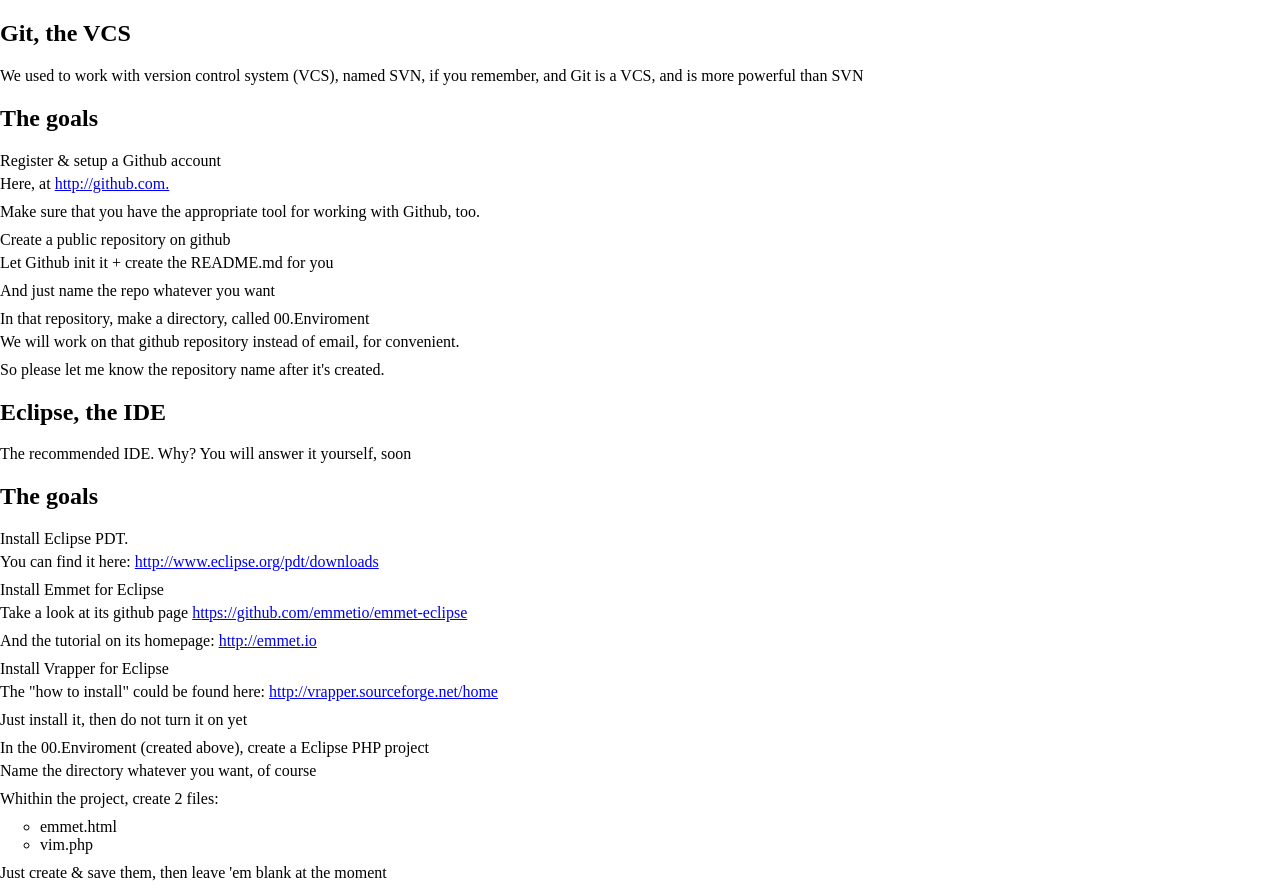
Repository: mrdo2010vn/00.enviroment
Page: 00.TestingEnviroment/emmet.html
The author's editor kept a copy of each file at every save. The page is drawn from the files as they stood at one save, then again after the next save.
The browser window is 1280 px wide. The pictures show the whole page.

Above is the page before, as saved 2013-09-25 08:40:50.

### 00.TestingEnviroment/emmet.html
<!DOCTYPE html PUBLIC "-//W3C//DTD HTML 4.01 Transitional//EN" "http://www.w3.org/TR/html4/loose.dtd">
<html>
<head>
<meta http-equiv="Content-Type" content="text/html; charset=UTF-8">
<link rel="stylesheet" href="css/style.css" />
<title>00.Enviroment</title>
</head>
<body>
	<div class="part">
		<div class="title">
			<h2><span class="underscore">Git</span>, the VCS</h2>
			<p>We used to work with version control system (VCS), named SVN, if you remember, and Git is a VCS, and is more powerful than SVN</p>
		</div><!-- END .title -->
		<div class="content">
			<h2>The goals</h2>
			<ol>
				<li><span class="italic">Register & setup a Github account</span>
					<blockquote>
						<p>Here, at <a href="http://github.com">http://github.com.</a></p>
						<p>Make sure that you have the appropriate tool for working with Github, too.</p>
					</blockquote>
				</li>

				<li><span class="italic">Create a public repository on github</span>
					<blockquote>
						<p>Let Github init it + create the <span class="bold">README.md</span> for you</p>
						<p>And just name the repo whatever you want</p>
					</blockquote>
				</li>
				<li><span class="italic">In that repository, make a directory, called</span> <span class="bold italic">00.Enviroment</span>
					<blockquote>
						<p>We will work on that github repository instead of email, for convenient.</p>
						<p>So please let me know the repository name after it's created.</p>
					</blockquote>
				</li>
			</ol>
		</div><!-- END .content -->
	</div><!-- END .part -->

	<div class="part">
		<div class="title">
			<h2><span class="underscore">Eclipse</span>, the IDE</h2>
			<p>The recommended IDE. Why? You will answer it yourself, soon</p>
		</div><!-- END .title -->
		<div class="content">
			<h2>The goals</h2>
			<ol>
				<li><span class="italic">Install Eclipse PDT.</span>
					<blockquote>
						<p>You can find it here: <a href="http://www.eclipse.org/pdt/downloads">http://www.eclipse.org/pdt/downloads</a></p>
					</blockquote>
				</li>

				<li><span class="italic">Install Emmet for Eclipse</span>
					<blockquote>
						<p>Take a look at its github page <a href="https://github.com/emmetio/emmet-eclipse">https://github.com/emmetio/emmet-eclipse</a></p>
						<p>And the tutorial on its homepage: <a href="http://emmet.io">http://emmet.io</a></p>
					</blockquote>
				</li>
				<li><span class="italic">Install Vrapper for Eclipse</span>
					<blockquote>
						<p>The "how to install" could be found here: <a href="http://vrapper.sourceforge.net/home">http://vrapper.sourceforge.net/home</a></p>
						<p>Just install it, then <span class="bold">do not turn it on</span> yet</p>
					</blockquote>
				</li>
				<li><span class="italic">In the <span class="bold">00.Enviroment</span> (created above), create a Eclipse PHP project</span>
					<blockquote>
						<p>Name the directory whatever you want, of course</p>
						<p>Whithin the project, create 2 files:
							<ul>
								<li class="bold">emmet.html</li>
								<li class="bold">vim.php</li>
							</ul>
						</p>
						<p>Just create & save them, then leave 'em blank at the moment</p>
					</blockquote>
				</li>
			</ol>
		</div><!-- END .content -->
	</div><!-- END .part -->
</body>
</html>

### 00.TestingEnviroment/css/style.css
@CHARSET "UTF-8";
/* =============== HTML DEFAULT =============== */
html, body {
    margin: 0;
    padding: 0;
}
p, pre, blockquote, form, dl, ol, fieldset, address, table {
    padding: 0;
    margin: 5px 0 10px 0;
}
html {
    font-size: 100%;
}

After the next save:
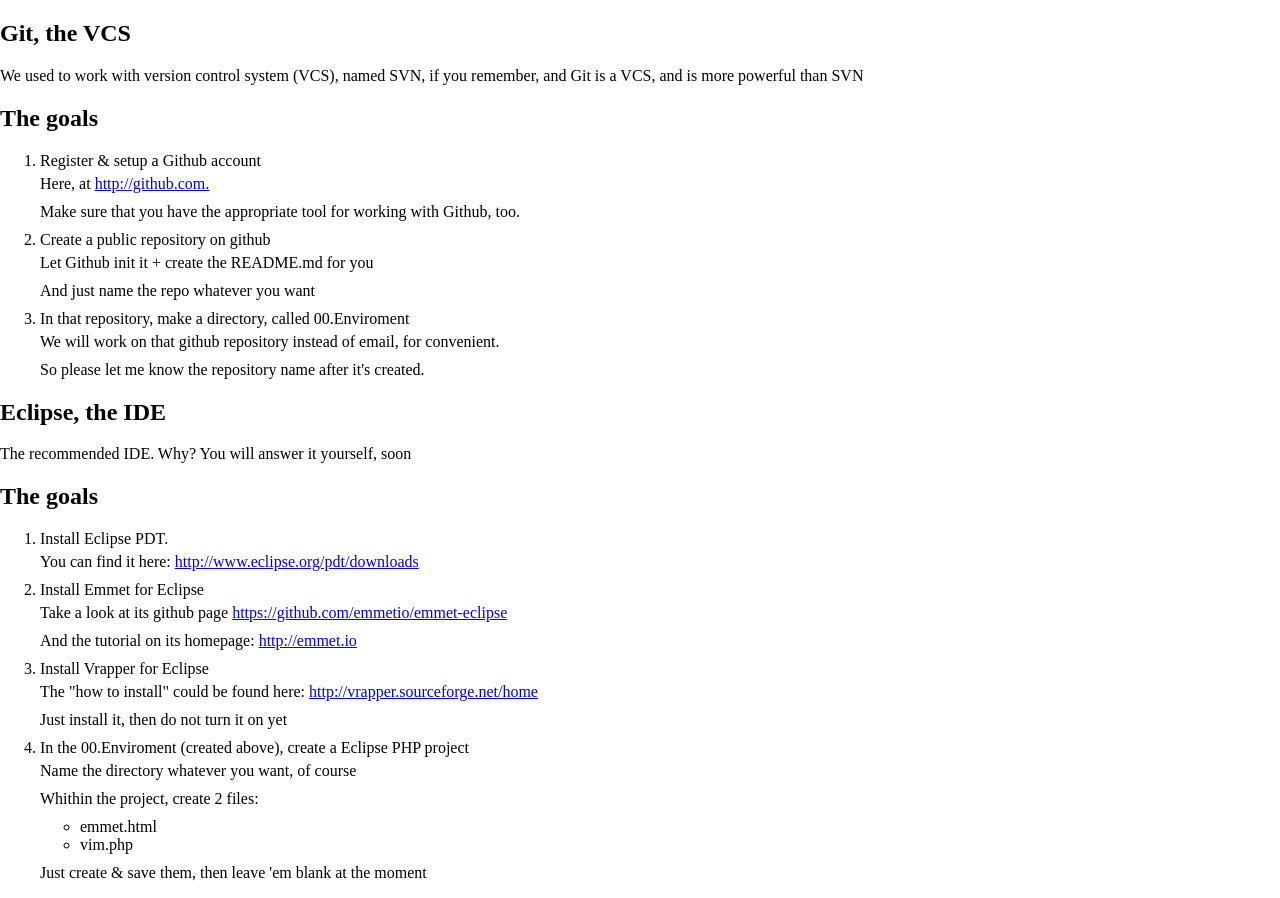
Saved 12 s later.
--- a/00.TestingEnviroment/css/style.css
+++ b/00.TestingEnviroment/css/style.css
@@ -4,7 +4,7 @@
     margin: 0;
     padding: 0;
 }
-p, pre, blockquote, form, dl, ol, fieldset, address, table {
+p, pre, blockquote{
     padding: 0;
     margin: 5px 0 10px 0;
 }
